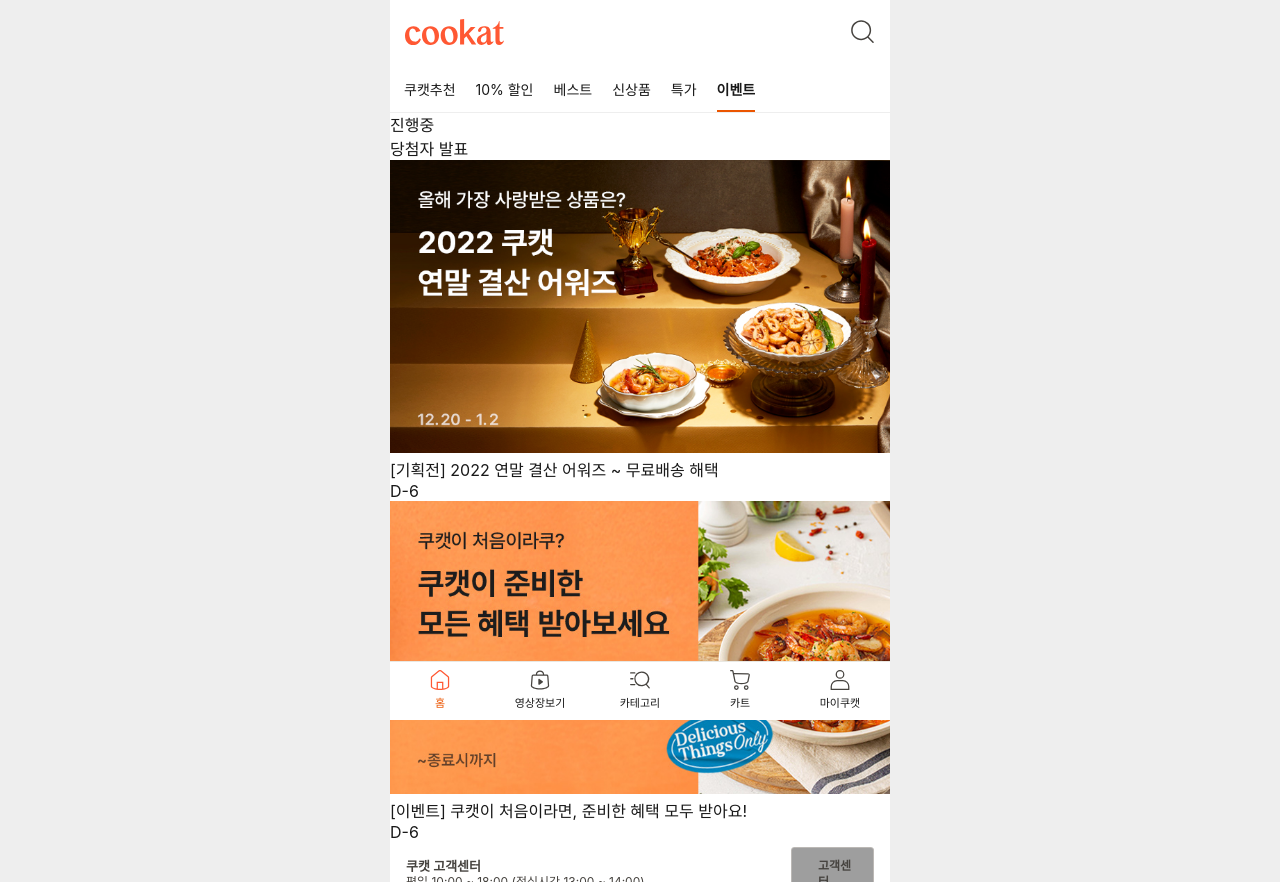
Repository: CooKat/Cookat
Page: event.html
These files come from the project's save history. The page is drawn as it stood at one moment and after the next save; the edit follows.
The browser window is 1280 px wide. The pictures show the part of the page from y = 0 to 882 px (the page is 1692 px tall before and 1672 px after).
Pictures or frames that could not be fetched are drawn as grey boxes. A picture or video elsewhere on the page could not be fetched, so the positions and the page height are approximate. Some web fonts or font styles are not loaded; a fallback is used.

Above is the page before, as saved 2022-12-27 20:32:43.
Not found: js/ex1.js

After the next save:
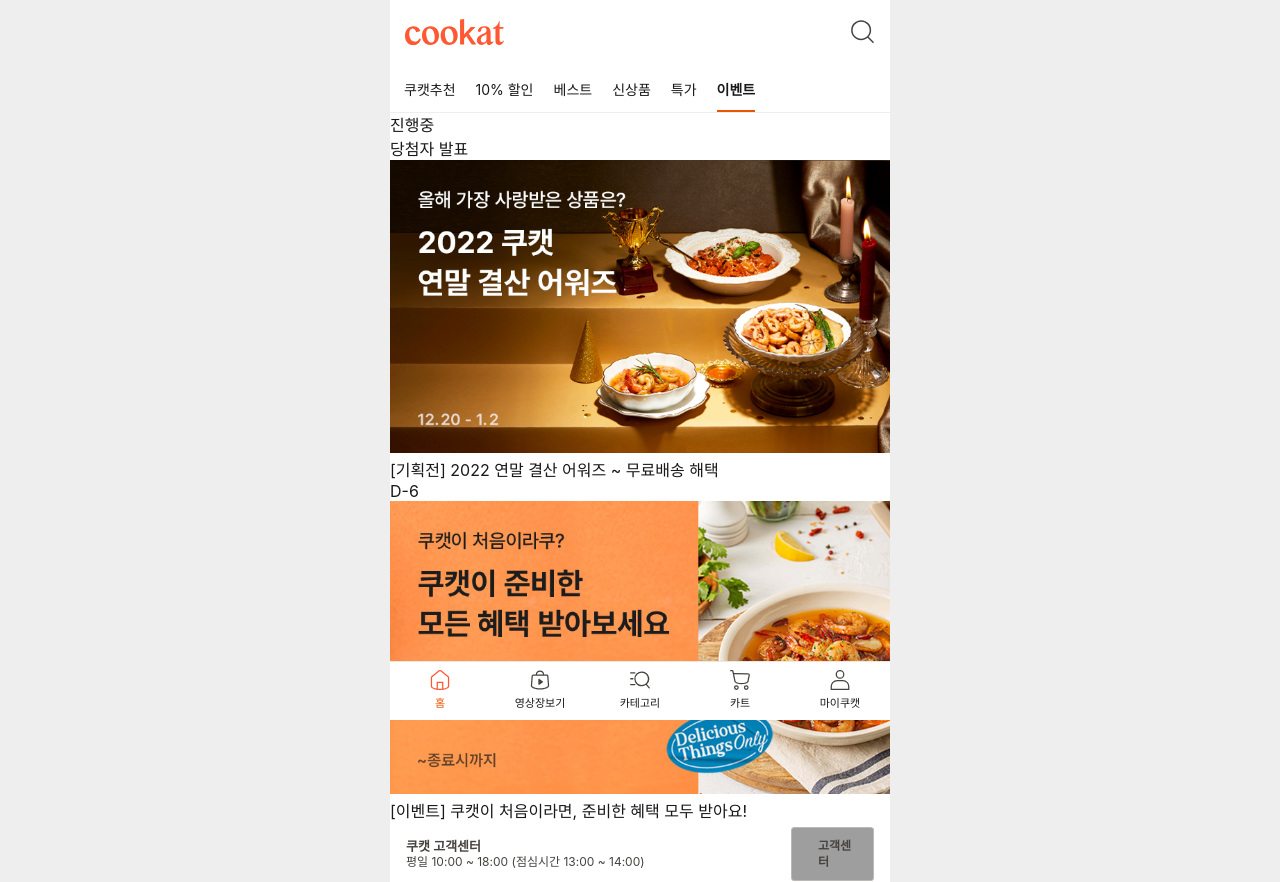
Saved 6 s later.
--- a/event.html
+++ b/event.html
@@ -68,7 +68,6 @@
             <div class="item-list-item">
               <img src="./images/event2.jpg">
               <h2 class="item-list-title">[이벤트] 쿠캣이 처음이라면, 준비한 혜택 모두 받아요!</h2>
-              <span class="coupon">D-6</span>
             </div>
           </div>
 
